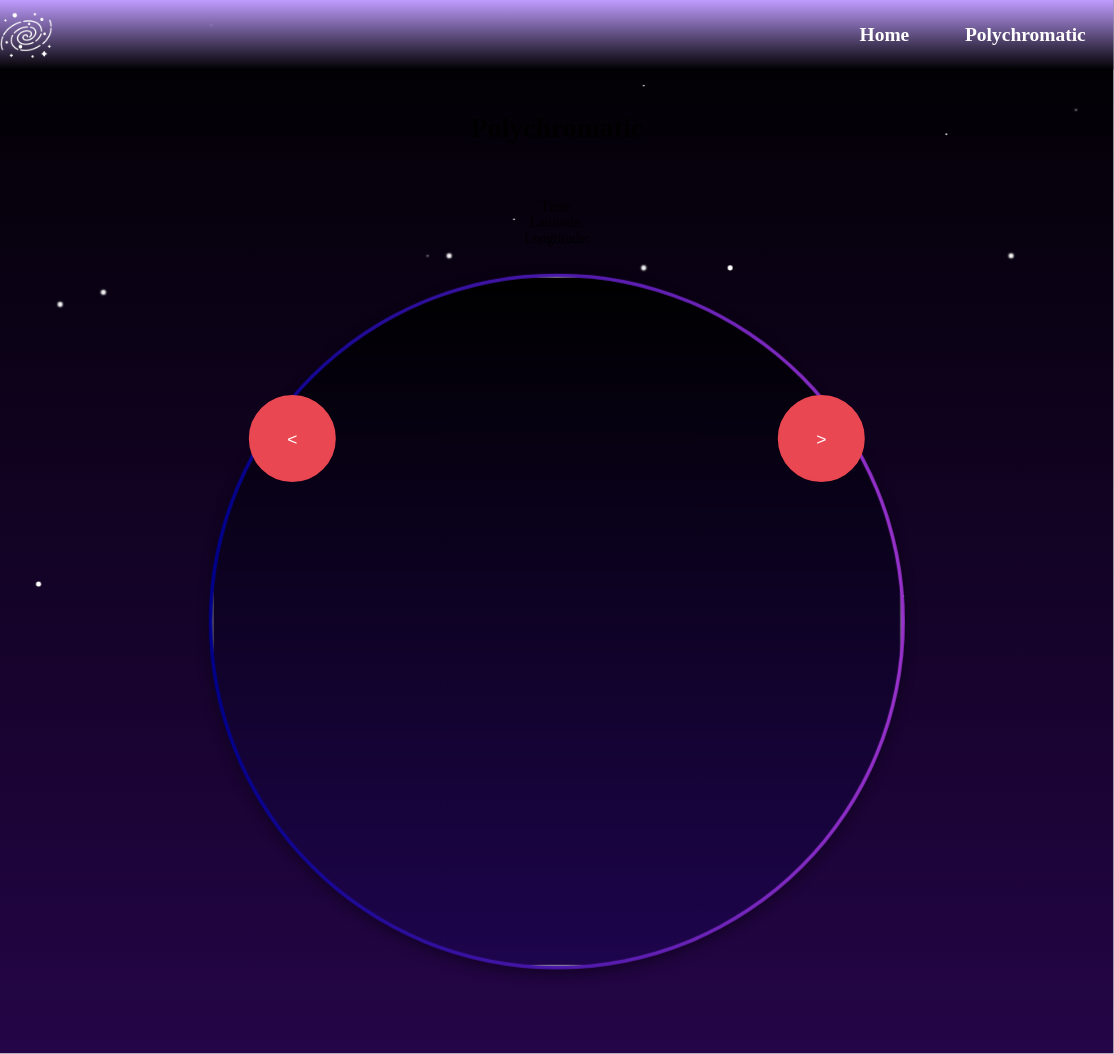
Repository: KayceeNguyen/DAI_W07_NASA
Page: /polychromatic
The author's editor kept a copy of each file at every save. The page is drawn from the files as they stood at one save, then again after the next save.
The browser window is 1280 px wide. The pictures show the whole page, at 87% of full size.
The page's requests for data from a server got no answer. The project was rebuilt for these pictures with package versions that can differ from the ones it lists, and the page was loaded fresh each time. The framework's server and built-in components were replaced by stand-ins that run in the browser. No one was signed in, and anything a server would have sent is missing. Also part of the build but not shown: next.config.js.

Above is the page before, as saved 2023-02-17 01:40:26.

After the next save:
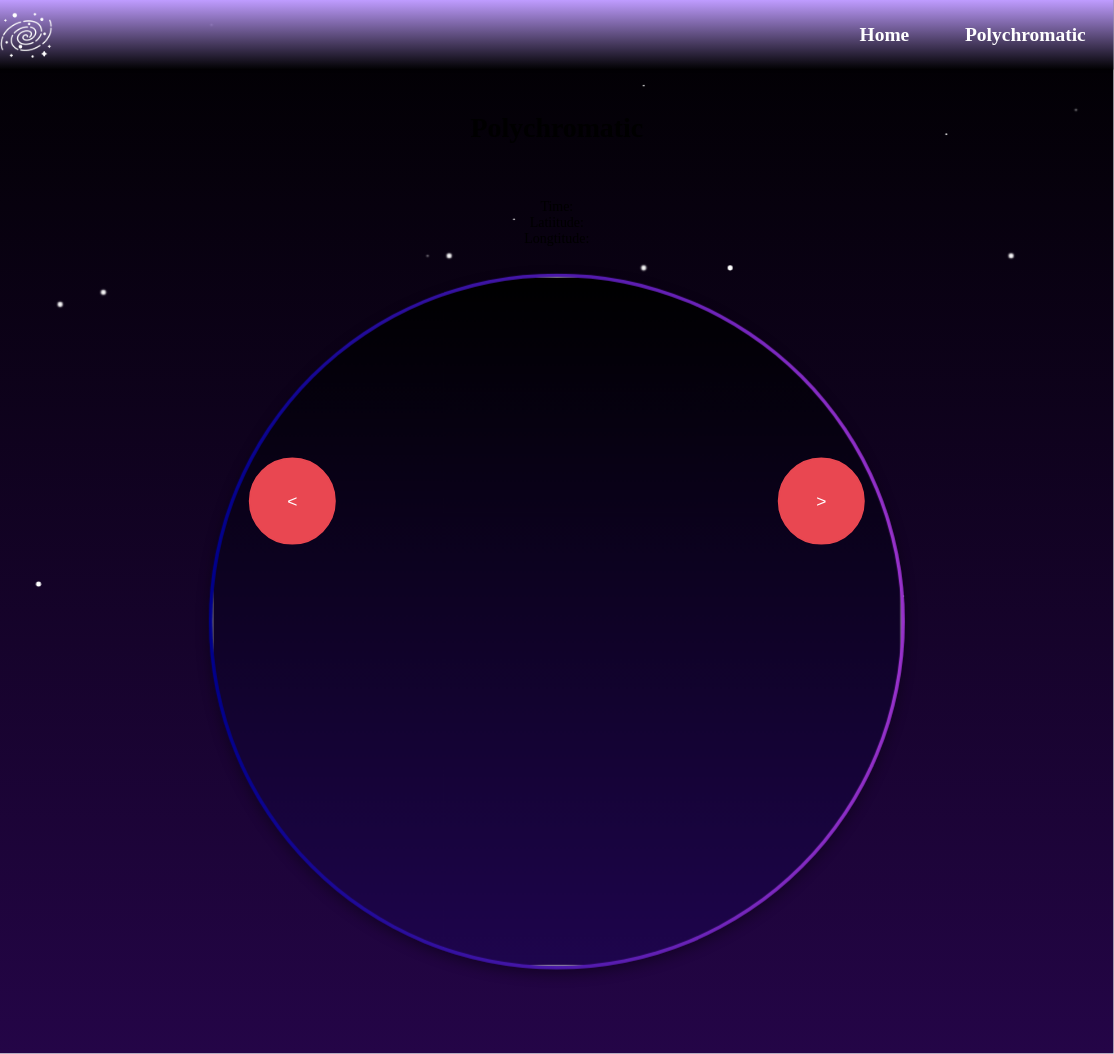
Saved 6 s later.
--- a/styles/Home.module.css
+++ b/styles/Home.module.css
@@ -577,7 +577,7 @@
 /* styles for the previous/next arrow buttons */
 .arrowContainer {
   position: absolute;
-  top: 70vh;
+  top: 80vh;
   transform: translateY(-50%);
   display: flex;
   justify-content: space-between;
